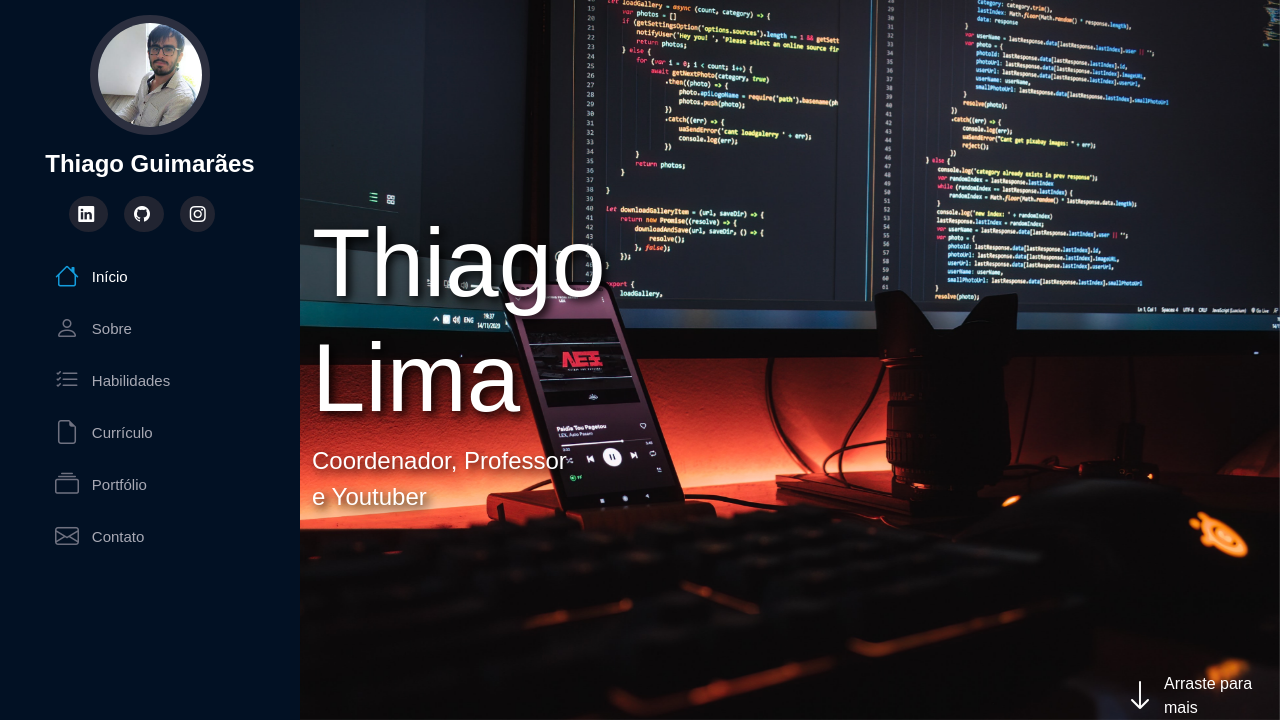
Repository: Rayago/projeto-portfolio
Page: http://localhost/
An editor plug-in stored every save of this project. The page is shown before and after the next save, followed by the edit.
The browser window is 1280 px wide. The pictures show the whole page.
Some web fonts or font styles are not loaded; a fallback is used. The page is served by the project's application, run on Flask 3 (app.py).

Above is the page before, as saved 2022-07-12 20:33:01.

After the next save:
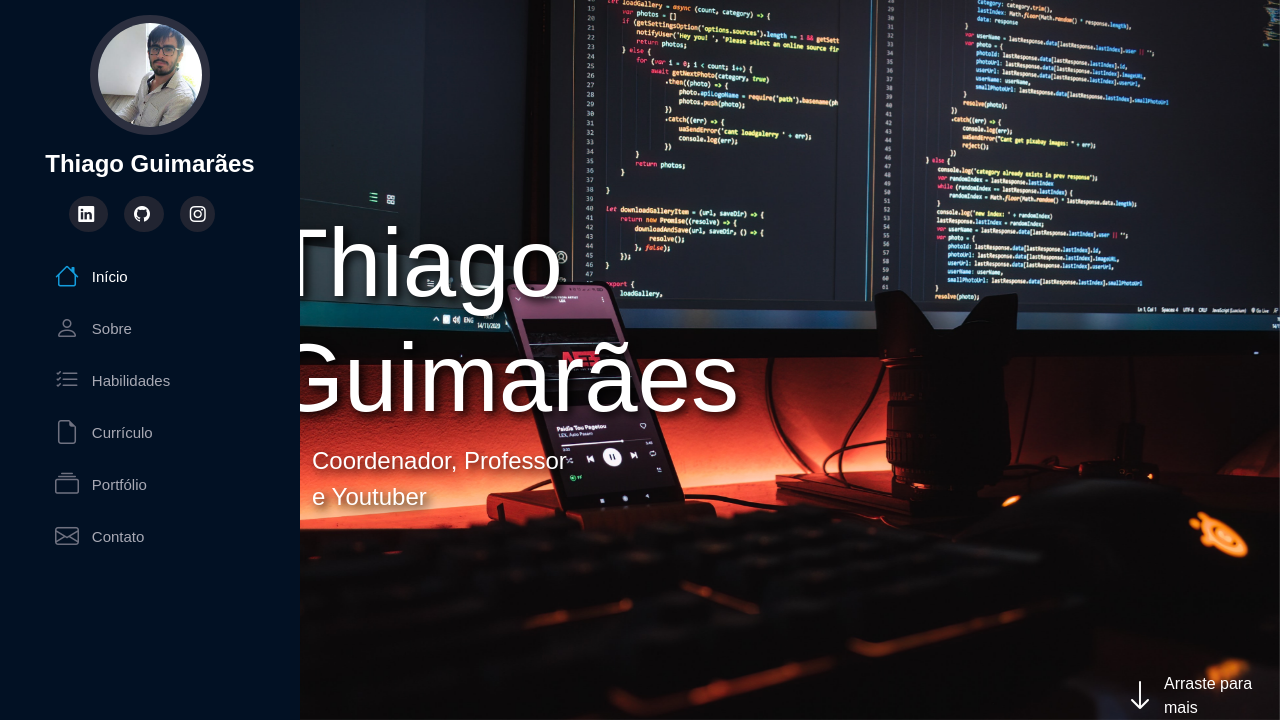
Saved 17 s later.
--- a/templates/index.html
+++ b/templates/index.html
@@ -60,7 +60,7 @@
 
         <section id="inicio" class="row m-0 p-0">
             <div class="col-md-5 d-flex justify-content-center align-items-center flex-column">
-                <h2 class="text-white text-shadow">Thiago Lima</h2>
+                <h2 class="text-white text-shadow">Thiago Guimarães</h2>
                 <span id="subtitle" class="text-white text-shadow">Coordenador, Professor e Youtuber</span>
             </div>
 
